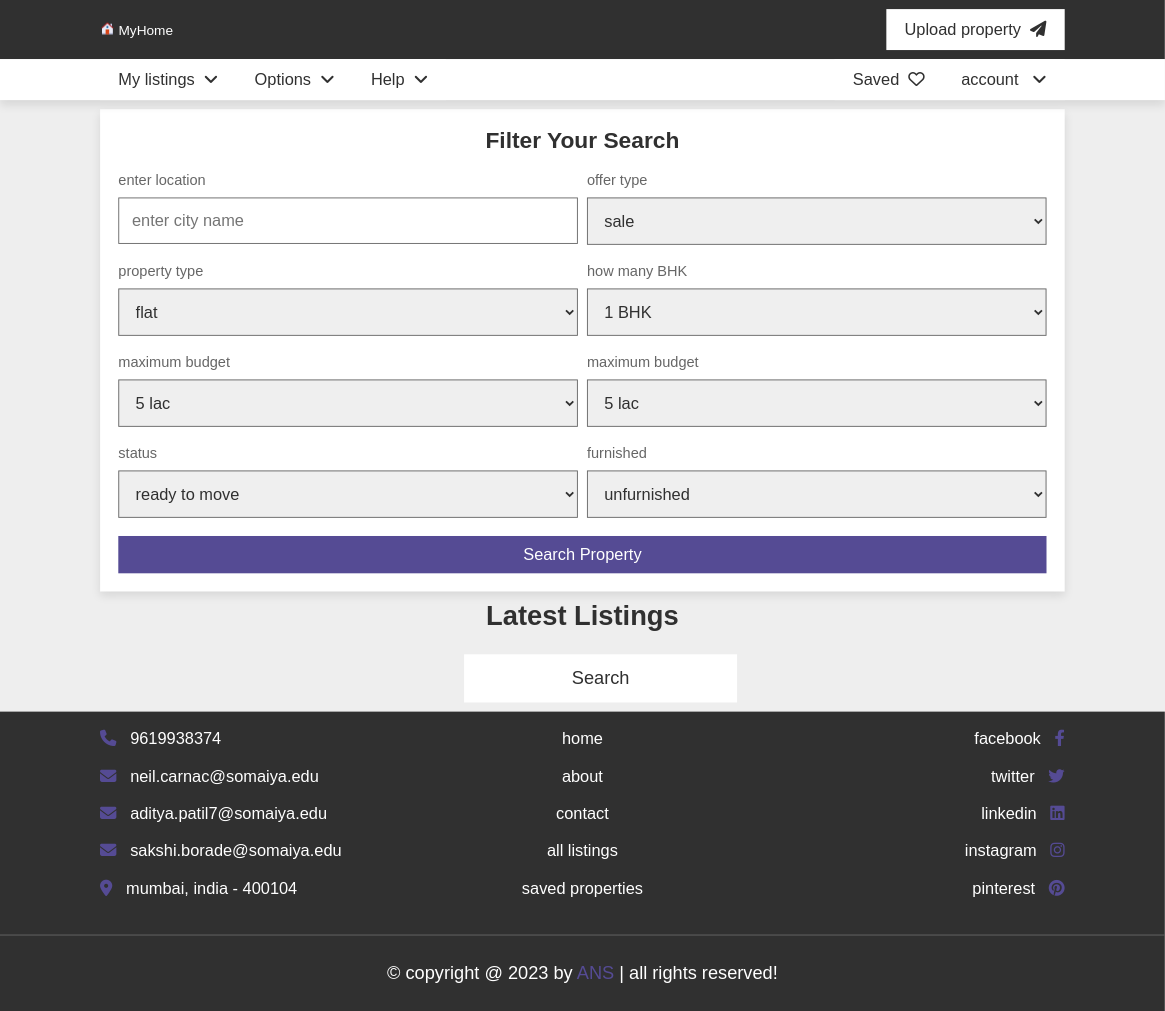
Repository: neilcarnac/wpl-project-realestatewebsite
Page: http://localhost/project/search.php
An editor plug-in stored every save of this project. The page is shown before and after a run of saves, followed by the edit.
The browser window is 1280 px wide. The pictures show the whole page, at 91% of full size.
The page is run by PHP 8.4 with error messages shown; the project is at /var/www/html/. Queries for data that is not in the repository find no rows.

Above is the page before, as saved 2023-04-30 16:56:05.

### project/search.php
<?php

include 'components/connect.php';

if(isset($_COOKIE['user_id'])){
   $user_id = $_COOKIE['user_id'];
}else{
   $user_id = '';
}

include 'components/save_send.php';

?>

<!DOCTYPE html>
<html lang="en">
<head>
<link type="image/png" sizes="16x16" rel="icon" href="images/hoe.png">

   <meta charset="UTF-8">
   <meta http-equiv="X-UA-Compatible" content="IE=edge">
   <meta name="viewport" content="width=device-width, initial-scale=1.0">
   <title>Search Me Daddy</title>

   <!-- font awesome cdn link  -->
   <link rel="stylesheet" href="https://cdnjs.cloudflare.com/ajax/libs/font-awesome/6.2.0/css/all.min.css">

   <!-- custom css file link  -->
   <link rel="stylesheet" href="css/style.css">

</head>
<body>

<?php include 'components/user_header.php'; ?>

<!-- search filter section starts  -->

<section class="filters" style="padding-bottom: 0;">

   <form action="" method="post">
      <div id="close-filter"><i class="fas fa-times"></i></div>
      <h3>filter your search</h3>

         <div class="flex">
            <div class="box">
               <p>enter location</p>
               <input type="text" name="location" required maxlength="50" placeholder="enter city name" class="input">
            </div>
            <div class="box">
               <p>offer type</p>
               <select name="offer" class="input" required>
                  <option value="sale">sale</option>
                  <option value="resale">resale</option>
                  <option value="rent">rent</option>
               </select>
            </div>
            <div class="box">
               <p>property type</p>
               <select name="type" class="input" required>
                  <option value="flat">flat</option>
                  <option value="house">house</option>
                  <option value="shop">shop</option>
               </select>
            </div>
            <div class="box">
               <p>how many BHK</p>
               <select name="bhk" class="input" required>
                  <option value="1">1 BHK</option>
                  <option value="2">2 BHK</option>
                  <option value="3">3 BHK</option>
                  <option value="4">4 BHK</option>
                  <option value="5">5 BHK</option>
                  <option value="6">6 BHK</option>
                  <option value="7">7 BHK</option>
                  <option value="8">8 BHK</option>
                  <option value="9">9 BHK</option>
               </select>
            </div>
            <div class="box">
               <p>maximum budget</p>
               <select name="min" class="input" required>
                  <option value="500000">5 lac</option>
                  <option value="1000000">10 lac</option>
                  <option value="2000000">20 lac</option>
                  <option value="3000000">30 lac</option>
                  <option value="4000000">40 lac</option>
                  <option value="4000000">40 lac</option>
                  <option value="5000000">50 lac</option>
                  <option value="6000000">60 lac</option>
                  <option value="7000000">70 lac</option>
                  <option value="8000000">80 lac</option>
                  <option value="9000000">90 lac</option>
                  <option value="10000000">1 Cr</option>
                  <option value="20000000">2 Cr</option>
                  <option value="30000000">3 Cr</option>
                  <option value="40000000">4 Cr</option>
                  <option value="50000000">5 Cr</option>
                  <option value="60000000">6 Cr</option>
                  <option value="70000000">7 Cr</option>
                  <option value="80000000">8 Cr</option>
                  <option value="90000000">9 Cr</option>
                  <option value="100000000">10 Cr</option>
                  <option value="150000000">15 Cr</option>
                  <option value="200000000">20 Cr</option>
               </select>
            </div>
            <div class="box">
               <p>maximum budget</p>
               <select name="max" class="input" required>
                  <option value="500000">5 lac</option>
                  <option value="1000000">10 lac</option>
                  <option value="2000000">20 lac</option>
                  <option value="3000000">30 lac</option>
                  <option value="4000000">40 lac</option>
                  <option value="4000000">40 lac</option>
                  <option value="5000000">50 lac</option>
                  <option value="6000000">60 lac</option>
                  <option value="7000000">70 lac</option>
                  <option value="8000000">80 lac</option>
                  <option value="9000000">90 lac</option>
                  <option value="10000000">1 Cr</option>
                  <option value="20000000">2 Cr</option>
                  <option value="30000000">3 Cr</option>
                  <option value="40000000">4 Cr</option>
                  <option value="50000000">5 Cr</option>
                  <option value="60000000">6 Cr</option>
                  <option value="70000000">7 Cr</option>
                  <option value="80000000">8 Cr</option>
                  <option value="90000000">9 Cr</option>
                  <option value="100000000">10 Cr</option>
                  <option value="150000000">15 Cr</option>
                  <option value="200000000">20 Cr</option>
               </select>
            </div>
            <div class="box">
               <p>status</p>
               <select name="status" class="input" required>
                  <option value="ready to move">ready to move</option>
                  <option value="under construction">under construction</option>
               </select>
            </div>
            <div class="box">
               <p>furnished</p>
               <select name="furnished" class="input" required>
                  <option value="unfurnished">unfurnished</option>
                  <option value="furnished">furnished</option>
                  <option value="semi-furnished">semi-furnished</option>
               </select>
            </div>
         </div>
         <input type="submit" value="search property" name="filter_search" class="btn">
   </form>

</section>

<!-- search filter section ends -->

<div id="filter-btn" class="fas fa-filter"></div>

<?php

if(isset($_POST['h_search'])){

   $h_location = $_POST['h_location'];
   $h_location = filter_var($h_location, FILTER_SANITIZE_STRING);
   $h_type = $_POST['h_type'];
   $h_type = filter_var($h_type, FILTER_SANITIZE_STRING);
   $h_offer = $_POST['h_offer'];
   $h_offer = filter_var($h_offer, FILTER_SANITIZE_STRING);
   $h_min = $_POST['h_min'];
   $h_min = filter_var($h_min, FILTER_SANITIZE_STRING);
   $h_max = $_POST['h_max'];
   $h_max = filter_var($h_max, FILTER_SANITIZE_STRING);

   $select_properties = $conn->prepare("SELECT * FROM `property` WHERE address LIKE '%{$h_location}%' AND type LIKE '%{$h_type}%' AND offer LIKE '%{$h_offer}%' AND price BETWEEN $h_min AND $h_max ORDER BY date DESC");
   $select_properties->execute();

}elseif(isset($_POST['filter_search'])){

   $location = $_POST['location'];
   $location = filter_var($location, FILTER_SANITIZE_STRING);
   $type = $_POST['type'];
   $type = filter_var($type, FILTER_SANITIZE_STRING);
   $offer = $_POST['offer'];
   $offer = filter_var($offer, FILTER_SANITIZE_STRING);
   $bhk = $_POST['bhk'];
   $bhk = filter_var($bhk, FILTER_SANITIZE_STRING);
   $min = $_POST['min'];
   $min = filter_var($min, FILTER_SANITIZE_STRING);
   $max = $_POST['max'];
   $max = filter_var($max, FILTER_SANITIZE_STRING);
   $status = $_POST['status'];
   $status = filter_var($status, FILTER_SANITIZE_STRING);
   $furnished = $_POST['furnished'];
   $furnished = filter_var($furnished, FILTER_SANITIZE_STRING);

   $select_properties = $conn->prepare("SELECT * FROM `property` WHERE address LIKE '%{$location}%' AND type LIKE '%{$type}%' AND offer LIKE '%{$offer}%' AND bhk LIKE '%{$bhk}%' AND status LIKE '%{$status}%' AND furnished LIKE '%{$furnished}%' AND price BETWEEN $min AND $max ORDER BY date DESC");
   $select_properties->execute();

}else{
   $select_properties = $conn->prepare("SELECT * FROM `property` ORDER BY date DESC LIMIT 6");
   $select_properties->execute();
}

?>

<!-- listings section starts  -->

<section class="listings">

   <?php
      if(isset($_POST['h_search']) or isset($_POST['filter_search'])){
         echo '<h1 class="heading">search results</h1>';
      }else{
         echo '<h1 class="heading">latest listings</h1>';
      }
   ?>

   <div class="box-container">
      <?php
         $total_images = 0;
         if($select_properties->rowCount() > 0){
            while($fetch_property = $select_properties->fetch(PDO::FETCH_ASSOC)){
            $select_user = $conn->prepare("SELECT * FROM `users` WHERE id = ?");
            $select_user->execute([$fetch_property['user_id']]);
            $fetch_user = $select_user->fetch(PDO::FETCH_ASSOC);

            if(!empty($fetch_property['image_02'])){
               $image_coutn_02 = 1;
            }else{
               $image_coutn_02 = 0;
            }
            if(!empty($fetch_property['image_03'])){
               $image_coutn_03 = 1;
            }else{
               $image_coutn_03 = 0;
            }
            if(!empty($fetch_property['image_04'])){
               $image_coutn_04 = 1;
            }else{
               $image_coutn_04 = 0;
            }
            if(!empty($fetch_property['image_05'])){
               $image_coutn_05 = 1;
            }else{
               $image_coutn_05 = 0;
            }

            $total_images = (1 + $image_coutn_02 + $image_coutn_03 + $image_coutn_04 + $image_coutn_05);

            $select_saved = $conn->prepare("SELECT * FROM `saved` WHERE property_id = ? and user_id = ?");
            $select_saved->execute([$fetch_property['id'], $user_id]);

      ?>
      <form action="" method="POST">
         <div class="box">
            <input type="hidden" name="property_id" value="<?= $fetch_property['id']; ?>">
            <?php
               if($select_saved->rowCount() > 0){
            ?>
            <button type="submit" name="save" class="save"><i class="fas fa-heart"></i><span>saved</span></button>
            <?php
               }else{
            ?>
            <button type="submit" name="save" class="save"><i class="far fa-heart"></i><span>save</span></button>
            <?php
               }
            ?>
            <div class="thumb">
               <p class="total-images"><i class="far fa-image"></i><span><?= $total_images; ?></span></p>
               <img src="uploaded_files/<?= $fetch_property['image_01']; ?>" alt="">
            </div>
            <div class="admin">
               <h3><?= substr($fetch_user['name'], 0, 1); ?></h3>
               <div>
                  <p><?= $fetch_user['name']; ?></p>
                  <span><?= $fetch_property['date']; ?></span>
               </div>
            </div>
         </div>
         <div class="box">
            <div class="price"><i class="fas fa-indian-rupee-sign"></i><span><?= $fetch_property['price']; ?></span></div>
            <h3 class="name"><?= $fetch_property['property_name']; ?></h3>
            <p class="location"><i class="fas fa-map-marker-alt"></i><span><?= $fetch_property['address']; ?></span></p>
            <div class="flex">
               <p><i class="fas fa-house"></i><span><?= $fetch_property['type']; ?></span></p>
               <p><i class="fas fa-tag"></i><span><?= $fetch_property['offer']; ?></span></p>
               <p><i class="fas fa-bed"></i><span><?= $fetch_property['bhk']; ?> BHK</span></p>
               <p><i class="fas fa-trowel"></i><span><?= $fetch_property['status']; ?></span></p>
               <p><i class="fas fa-couch"></i><span><?= $fetch_property['furnished']; ?></span></p>
               <p><i class="fas fa-maximize"></i><span><?= $fetch_property['carpet']; ?>sqft</span></p>
            </div>
            <div class="flex-btn">
               <a href="view_property.php?get_id=<?= $fetch_property['id']; ?>" class="btn">view property</a>
               <input type="submit" value="send enquiry" name="send" class="btn">
            </div>
         </div>
      </form>
      <?php
         }
      }else{
         echo '<p class="empty" style="margin-left:400px;">Search</p>';
      }
      ?>

   </div>

</section>

<!-- listings section ends -->











<script src="https://cdnjs.cloudflare.com/ajax/libs/sweetalert/2.1.2/sweetalert.min.js"></script>

<?php include 'components/footer.php'; ?>

<!-- custom js file link  -->
<script src="js/script.js"></script>

<?php include 'components/message.php'; ?>

<script>

document.querySelector('#filter-btn').onclick = () =>{
   document.querySelector('.filters').classList.add('active');
}

document.querySelector('#close-filter').onclick = () =>{
   document.querySelector('.filters').classList.remove('active');
}

</script>

</body>
</html>

### project/components/connect.php
<?php

   $db_name = 'mysql:host=localhost;dbname=home_db';
   $db_user_name = 'root';
   $db_user_pass = '';

   $conn = new PDO($db_name, $db_user_name, $db_user_pass);

   function create_unique_id(){
      $characters = '0123456789abcdefghijklmnopqrstuvwxyzABCDEFGHIJKLMNOPQRSTUVWXYZ';
      $charactersLength = strlen($characters);
      $randomString = '';
      for ($i = 0; $i < 20; $i++) {
          $randomString .= $characters[mt_rand(0, $charactersLength - 1)];
      }
      return $randomString;
  }

?>

### project/components/save_send.php
<?php

if(isset($_POST['save'])){
   if($user_id != ''){

      $save_id = create_unique_id();
      $property_id = $_POST['property_id'];
      $property_id = filter_var($property_id, FILTER_SANITIZE_STRING);

      $verify_saved = $conn->prepare("SELECT * FROM `saved` WHERE property_id = ? and user_id = ?");
      $verify_saved->execute([$property_id, $user_id]);

      if($verify_saved->rowCount() > 0){
         $remove_saved = $conn->prepare("DELETE FROM `saved` WHERE property_id = ? AND user_id = ?");
         $remove_saved->execute([$property_id, $user_id]);
         $success_msg[] = 'removed from saved!';
      }else{
         $insert_saved = $conn->prepare("INSERT INTO`saved`(id, property_id, user_id) VALUES(?,?,?)");
         $insert_saved->execute([$save_id, $property_id, $user_id]);
         $success_msg[] = 'listing saved!';
      }

   }else{
      $warning_msg[] = 'please login first!';
   }
}

if(isset($_POST['send'])){
   if($user_id != ''){

      $request_id = create_unique_id();
      $property_id = $_POST['property_id'];
      $property_id = filter_var($property_id, FILTER_SANITIZE_STRING);

      $select_receiver = $conn->prepare("SELECT user_id FROM `property` WHERE id = ? LIMIT 1");
      $select_receiver->execute([$property_id]);
      $fetch_receiver = $select_receiver->fetch(PDO::FETCH_ASSOC);
      $receiver = $fetch_receiver['user_id'];

      $verify_request = $conn->prepare("SELECT * FROM `requests` WHERE property_id = ? AND sender = ? AND receiver = ?");
      $verify_request->execute([$property_id, $user_id, $receiver]);

      if(($verify_request->rowCount() > 0)){
         $warning_msg[] = 'request sent already!';
      }else{
         $send_request = $conn->prepare("INSERT INTO `requests`(id, property_id, sender, receiver) VALUES(?,?,?,?)");
         $send_request->execute([$request_id, $property_id, $user_id, $receiver]);
         $success_msg[] = 'request sent successfully!';
      }

   }else{
      $warning_msg[] = 'please login first!';
   }
}

?>

### project/components/user_header.php
<!-- header section starts  -->

<header class="header">

   <nav class="navbar nav-1">
      <section class="flex">
         <a href="home.php" class="logo"><img src="images/hoe.png" alt=""> MyHome</a>

         <ul>
            <li class="upload"><a href="post_property.php">Upload property<i class="fas fa-paper-plane"></i></a></li>
         </ul>
      </section>
   </nav>

   <style>
      .menu{
         font-size: 1rem !important;
      }
   </style>

   <nav class="navbar nav-2">
      <section class="flex">
         <div id="menu-btn" class="fas fa-bars"></div>

         <div class="menu">
            <ul>
               <li><a href="#">My listings<i class="fas fa-angle-down"></i></a>
                  <ul>
                     <li><a href="dashboard.php">Dashboard</a></li>
                     <li><a href="post_property.php">Upload Property</a></li>
                     <li><a href="my_listings.php">My Listings</a></li>
                  </ul>
               </li>
               <li><a href="#">Options<i class="fas fa-angle-down"></i></a>
                  <ul>
                     <li><a href="search.php">Filter search</a></li>
                     <li><a href="listings.php">All listings</a></li>
                  </ul>
               </li>
               <li><a href="#">Help<i class="fas fa-angle-down"></i></a>
                  <ul>
                     <li><a href="about.php">About Us</a></i></li>
                     <li><a href="contact.php">Contact Us</a></i></li>
                     <li><a href="contact.php#faq">FAQ</a></i></li>
                  </ul>
               </li>
            </ul>
         </div>

         <ul>
            <li><a href="saved.php">Saved<i class="far fa-heart"></i></a></li>
            <li><a href="#">account <i class="fas fa-angle-down"></i></a>
               <ul>
                  <li><a href="login.php">login Now</a></li>
                  <li><a href="register.php">Register New</a></li>
                  <?php if($user_id != ''){ ?>
                  <li><a href="update.php">Update Profile</a></li>
                  <li><a href="components/user_logout.php" onclick="return confirm('logout from this website?');">Logout</a>
                  <?php } ?></li>
               </ul>
            </li>
         </ul>
      </section>
   </nav>

</header>

<!-- header section ends -->

### project/components/footer.php
<!-- footer section starts  -->

<footer class="footer">

   <section class="flex">

      <div class="box">
         <a href="tel:9619938374"><i class="fas fa-phone"></i><span>9619938374</span></a>
         <a href="mailto:neil.carnac@somaiya.edu"><i class="fas fa-envelope"></i><span>neil.carnac@somaiya.edu</span></a>
         <a href="mailto:aditya.patil7@somaiya.edu"><i class="fas fa-envelope"></i><span>aditya.patil7@somaiya.edu</span></a>
         <a href="mailto:sakshi.borade@somaiya.edu"><i class="fas fa-envelope"></i><span>sakshi.borade@somaiya.edu</span></a>
         <a href="#"><i class="fas fa-map-marker-alt"></i><span>mumbai, india - 400104</span></a>
      </div>

      <div class="box">
         <a href="home.php"><span>home</span></a>
         <a href="about.php"><span>about</span></a>
         <a href="contact.php"><span>contact</span></a>
         <a href="listings.php"><span>all listings</span></a>
         <a href="saved.php"><span>saved properties</span></a>
      </div>

      <div class="box">
         <a href="#"><span>facebook</span><i class="fab fa-facebook-f"></i></a>
         <a href="#"><span>twitter</span><i class="fab fa-twitter"></i></a>
         <a href="#"><span>linkedin</span><i class="fab fa-linkedin"></i></a>
         <a href="#"><span>instagram</span><i class="fab fa-instagram"></i></a>
         <a href="#"><span>pinterest</span><i class="fab fa-pinterest"></i></a>

      </div>

   </section>

   <div class="credit">&copy; copyright @ <?= date('Y'); ?> by <span>ANS</span> | all rights reserved!</div>

</footer>

<!-- footer section ends -->

Loaded but not shown: project/components/message.php (common file); project/js/script.js (21 lines, source omitted); project/css/style.css (1372 lines, source omitted)

After the next 13 saves:
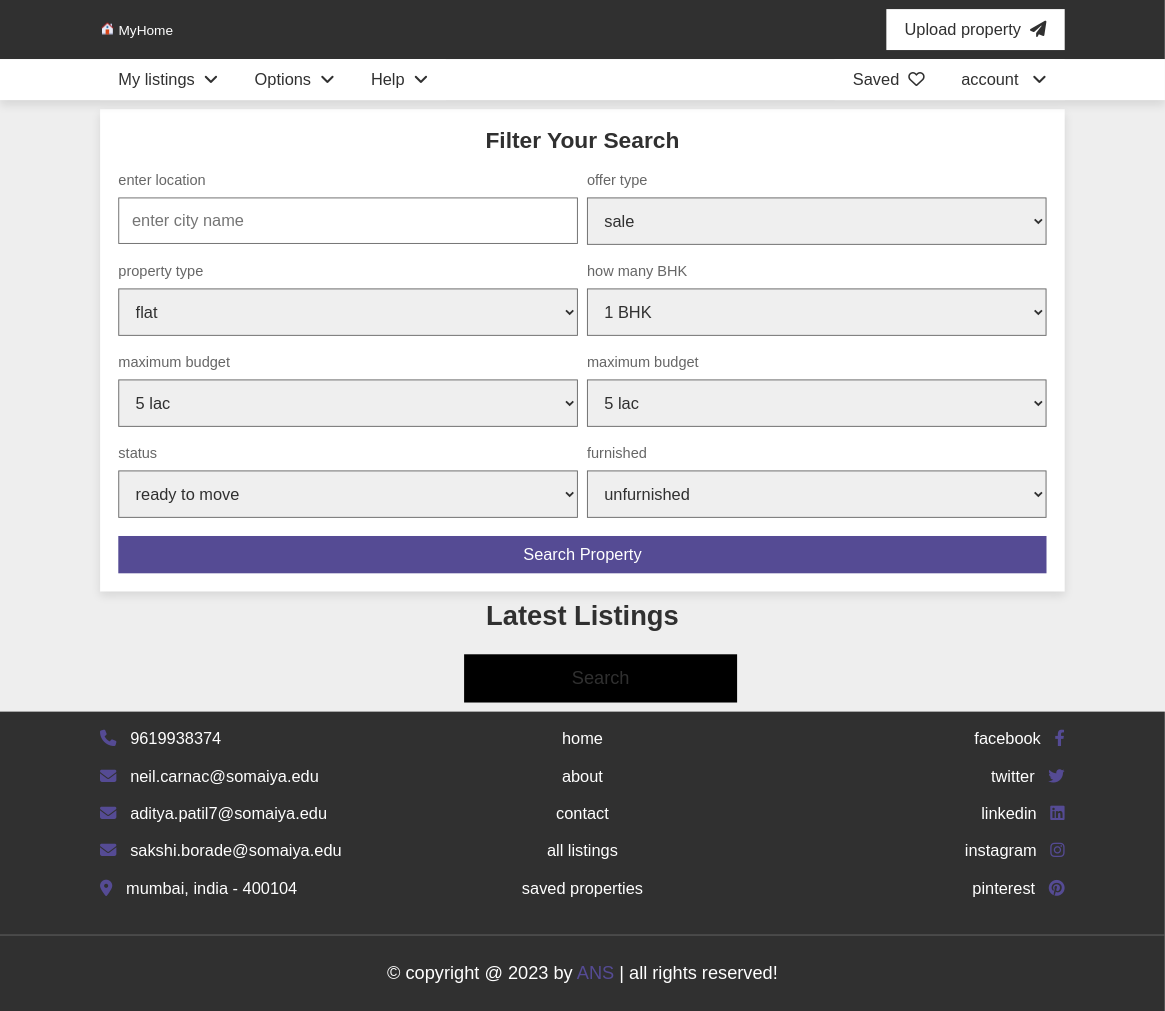
The 13 saves are shown as one change because they came seconds apart.
The last was saved 31 s later.
--- a/project/search.php
+++ b/project/search.php
@@ -299,7 +299,7 @@ if(isset($_POST['h_search'])){
       <?php
          }
       }else{
-         echo '<p class="empty" style="margin-left:400px;">Search</p>';
+         echo '<p class="empty" style="margin-left:400px; background-color:black;">Search</p>';
       }
       ?>
 
